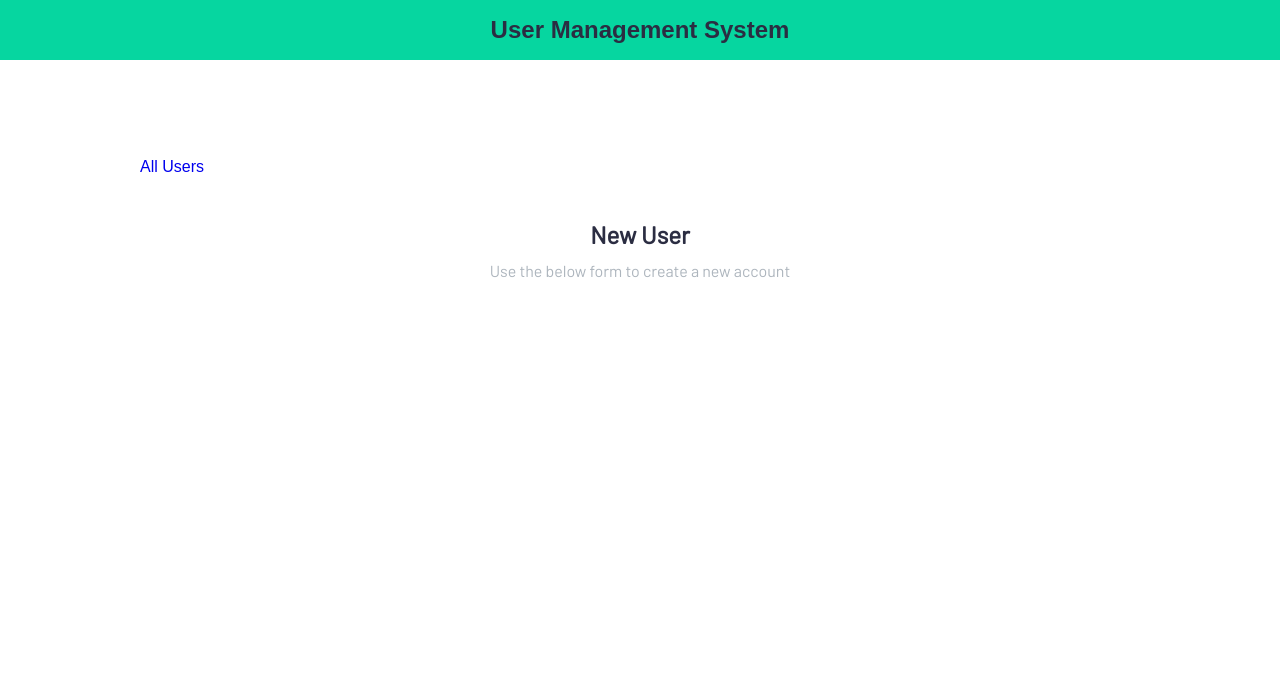
Repository: HustlingbeastAnish/CRUD-APP-
Page: views/include/add_user.html
An editor plug-in stored every save of this project. The page is shown before and after the next save, followed by the edit.
The browser window is 1280 px wide. The pictures show the whole page.
Some web fonts or font styles are not loaded; a fallback is used.

Above is the page before, as saved 2022-10-06 23:59:03.

After the next save:
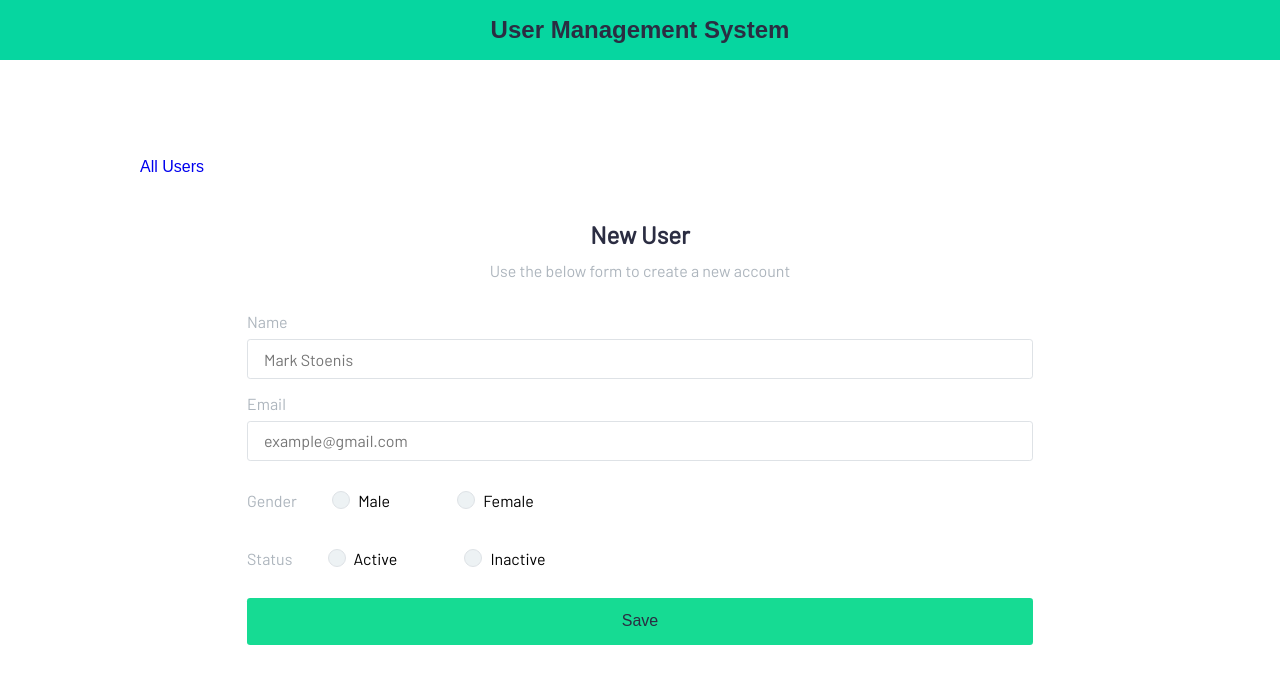
Saved 10 min 43 s later.
--- a/views/include/add_user.html
+++ b/views/include/add_user.html
@@ -43,7 +43,61 @@
           >
         </div>
         <!-- Form Handling  -->
-        <form method="POST" id="update_user"></form>
+        <form method="POST" id="update_user">
+          <div class="new_user">
+            <div class="form-group">
+              <label for="name" class="text-light">Name</label>
+              <input type="hidden" name="id" value="" />
+              <input
+                type="text"
+                name="name"
+                value=""
+                placeholder="Mark Stoenis"
+              />
+            </div>
+            <div class="form-group">
+              <label for="Email" class="text-light">Email</label>
+              <input
+                type="text"
+                name="email"
+                value=""
+                placeholder="example@gmail.com"
+              />
+            </div>
+            <div class="form-group">
+              <label for="gender" class="text-light">Gender</label>
+              <div class="radio inline">
+                <input type="radio" id="radio-2" name="gender" value="Male" />
+                <label for="radio-2" class="radio-label">Male</label>
+              </div>
+              <div class="radio inline">
+                <input type="radio" id="radio-3" name="gender" value="Female" />
+                <label for="radio-3" class="radio-label">Female</label>
+              </div>
+            </div>
+
+            <div class="form-group">
+              <label for="gender" class="text-light">Status</label>
+              <div class="radio inline">
+                <input type="radio" id="radio-4" name="status" value="Active" />
+                <label for="radio-4" class="radio-label">Active</label>
+              </div>
+              <div class="radio inline">
+                <input
+                  type="radio"
+                  id="radio-5"
+                  name="status"
+                  value="Inactive"
+                />
+                <label for="radio-5" class="radio-label">Inactive</label>
+              </div>
+            </div>
+
+            <div class="form-group">
+              <button type="submit" class="btn text-dark update">Save</button>
+            </div>
+          </div>
+        </form>
 
         <!-- /Form Handling -->
       </div>
